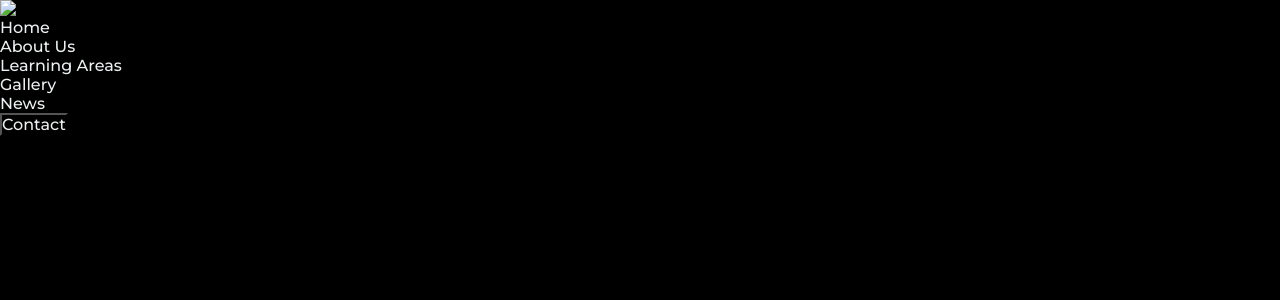
Repository: hkhaidhir/Mock-Website
Page: index.html
The author's editor kept a copy of each file at every save. The page is drawn from the files as they stood at one save, then again after the next save.
The browser window is 1280 px wide. The pictures show the whole page.

Above is the page before, as saved 2023-03-01 20:31:15.

### index.html
<!DOCTYPE html>
<html lang="en">
<head>
    <meta charset="UTF-8">
    <meta http-equiv="X-UA-Compatible" content="IE=edge">
    <meta name="viewport" content="width=device-width, initial-scale=1.0">
    <link rel="stylesheet" href="style.css">
    <title>Home</title>
</head>


<body>
    <header>
        <img class="logo" src="" alt="logo">
        <nav>
            <ul class="nav__links">
                <li><a href="#">Home</a></li>
                <li><a href="#">About Us</a></li>
                <li><a href="#">Learning Areas</a></li>
                <li><a href="#">Gallery</a></li>
                <li><a href="#">News</a></li>
            </ul>
        </nav>
        <a class="cta" href="#"><button>Contact</button></a>
    </header>
</body>
</html>

### style.css
@import url('https://fonts.googleapis.com/css2?family=Montserrat:wght@500&display=swap');

* {
    box-sizing: border-box;
    margin: 0;
    padding: 0;
    background-color: black;
}

li, a, button {
    font-family: "Montserrat", sans-serif;
    font-weight: 500;
    font-size: 16px;
    color: #edf0f1;
    text-decoration: none;
}

After the next save:
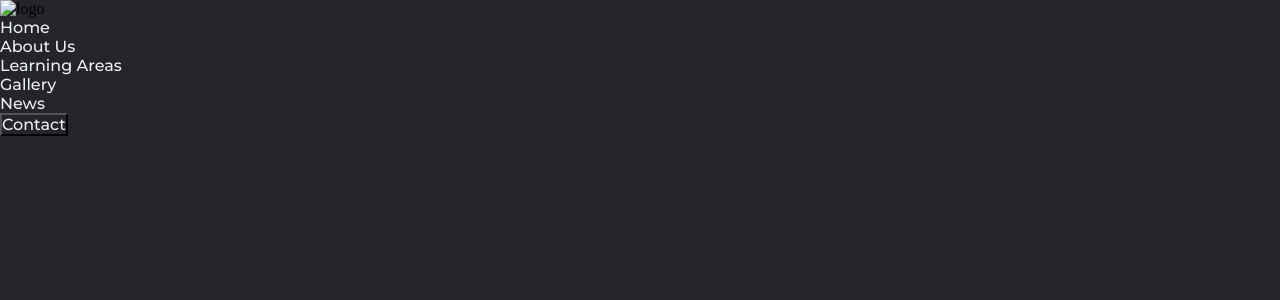
Saved 22 s later.
--- a/style.css
+++ b/style.css
@@ -4,7 +4,7 @@
     box-sizing: border-box;
     margin: 0;
     padding: 0;
-    background-color: black;
+    background-color: #24252A;
 }
 
 li, a, button {
